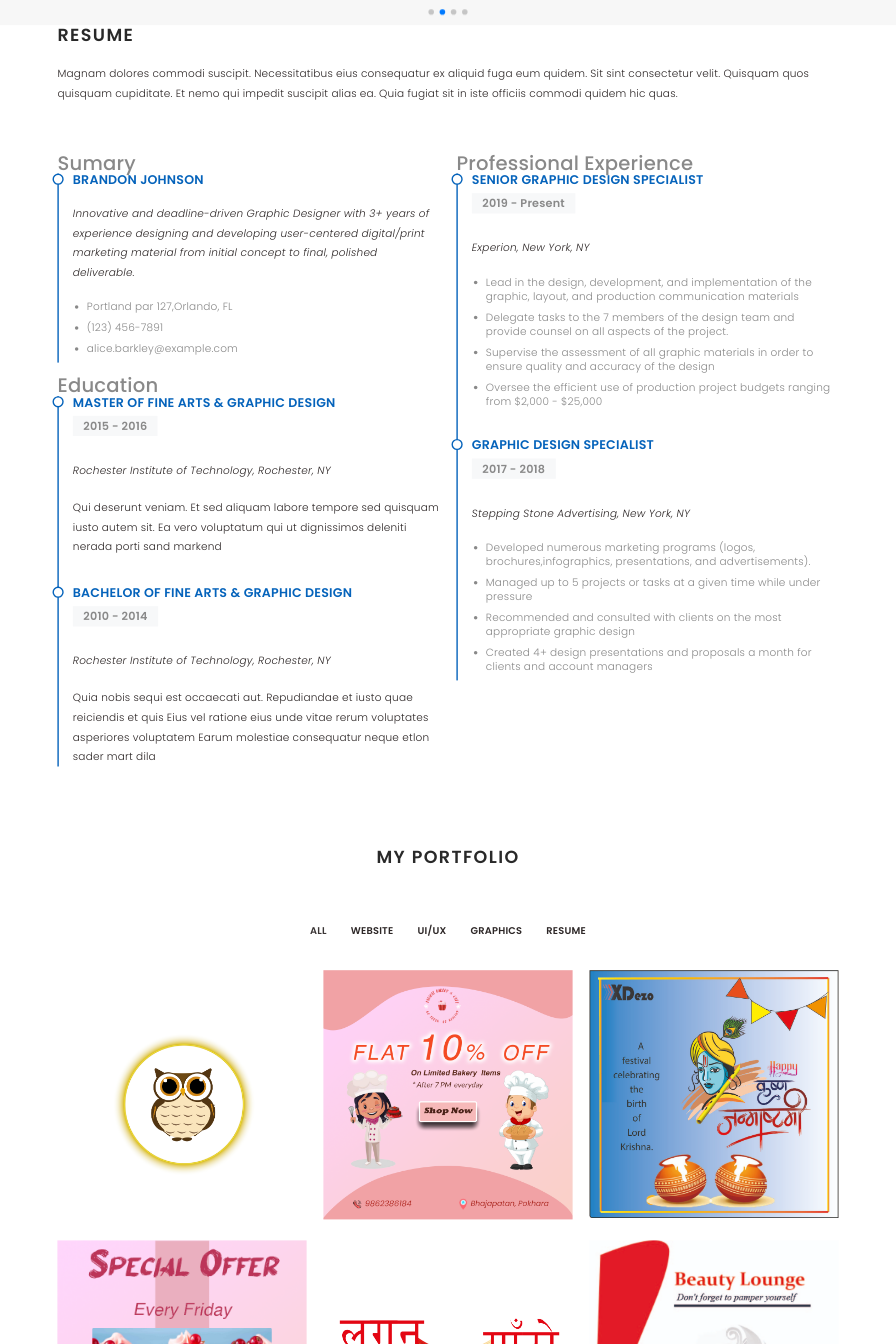
Repository: sandhya8109/portfolio
Page: index.html
An editor plug-in stored every save of this project. The page is shown before and after the next save, followed by the edit.
The browser window is 1280 px wide. The pictures show the part of the page from y = 1580 to 3500 px (the page is 5374 px tall before and 5383 px after), at 70% of full size.
Some web fonts or font styles are not loaded; a fallback is used.

Above is the page before, as saved 2023-11-20 20:10:40.

After the next save:
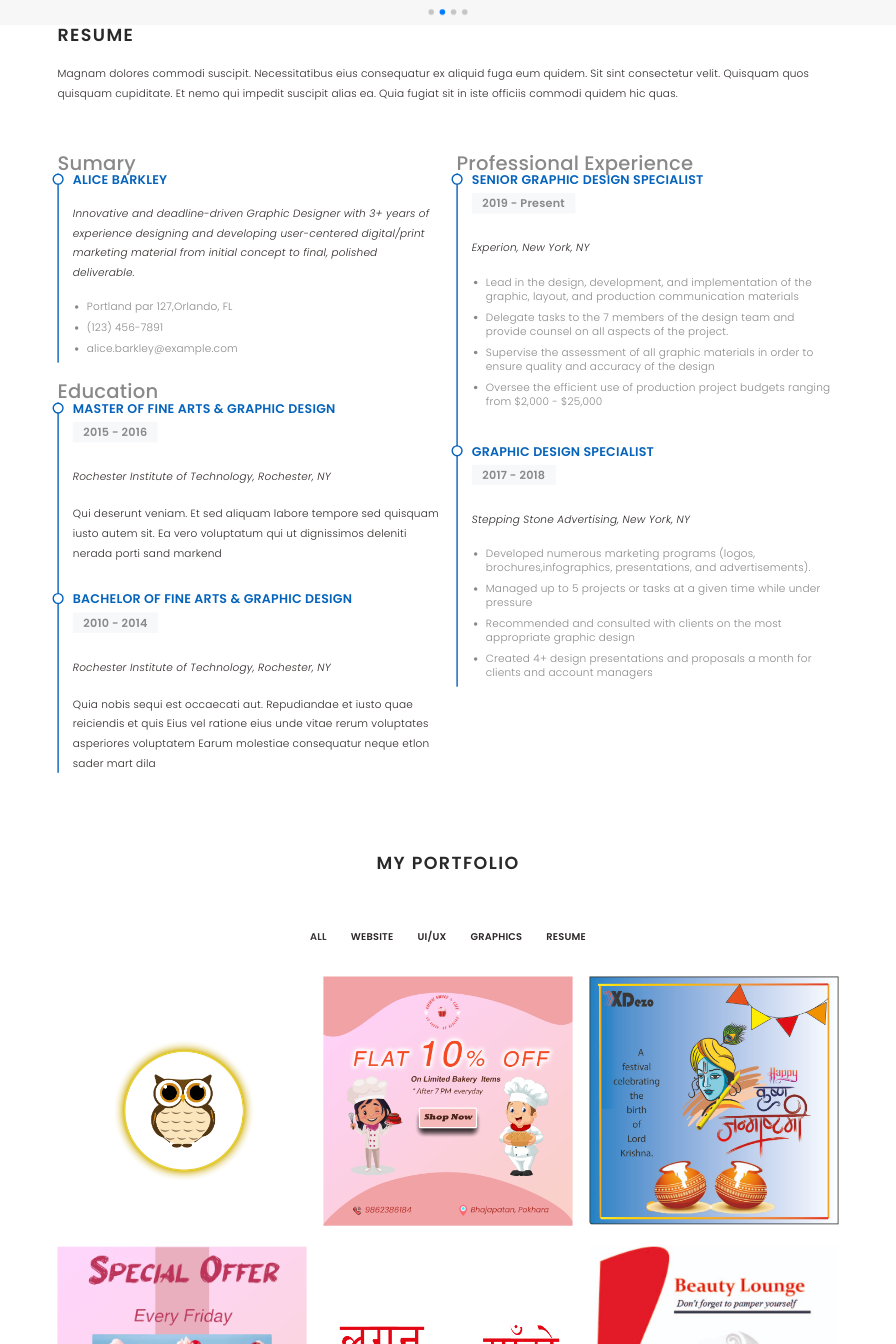
Saved 2 min 19 s later.
--- a/index.html
+++ b/index.html
@@ -167,7 +167,6 @@
       </div>
 
     </div><!-- End Services Section -->
-
     <section id="resume" class="resume">
       <div class="container aos-init aos-animate" data-aos="fade-up">
 
@@ -180,13 +179,15 @@
           <div class="col-lg-6">
             <h3 class="resume-title">Sumary</h3>
             <div class="resume-item pb-0">
-              <h4>Brandon Johnson</h4>
+              <h4>Alice Barkley</h4>
               <p><em>Innovative and deadline-driven Graphic Designer with 3+ years of experience designing and developing user-centered digital/print marketing material from initial concept to final, polished deliverable.</em></p>
-              <ul>
+              <p>
+              </p><ul>
                 <li>Portland par 127,Orlando, FL</li>
                 <li>(123) 456-7891</li>
                 <li>alice.barkley@example.com</li>
               </ul>
+              <p></p>
             </div>
 
             <h3 class="resume-title">Education</h3>
@@ -209,23 +210,27 @@
               <h4>Senior graphic design specialist</h4>
               <h5>2019 - Present</h5>
               <p><em>Experion, New York, NY </em></p>
-              <ul>
+              <p>
+              </p><ul>
                 <li>Lead in the design, development, and implementation of the graphic, layout, and production communication materials</li>
                 <li>Delegate tasks to the 7 members of the design team and provide counsel on all aspects of the project. </li>
                 <li>Supervise the assessment of all graphic materials in order to ensure quality and accuracy of the design</li>
                 <li>Oversee the efficient use of production project budgets ranging from $2,000 - $25,000</li>
               </ul>
+              <p></p>
             </div>
             <div class="resume-item">
               <h4>Graphic design specialist</h4>
               <h5>2017 - 2018</h5>
               <p><em>Stepping Stone Advertising, New York, NY</em></p>
-              <ul>
+              <p>
+              </p><ul>
                 <li>Developed numerous marketing programs (logos, brochures,infographics, presentations, and advertisements).</li>
                 <li>Managed up to 5 projects or tasks at a given time while under pressure</li>
                 <li>Recommended and consulted with clients on the most appropriate graphic design</li>
                 <li>Created 4+ design presentations and proposals a month for clients and account managers</li>
               </ul>
+              <p></p>
             </div>
           </div>
         </div>
